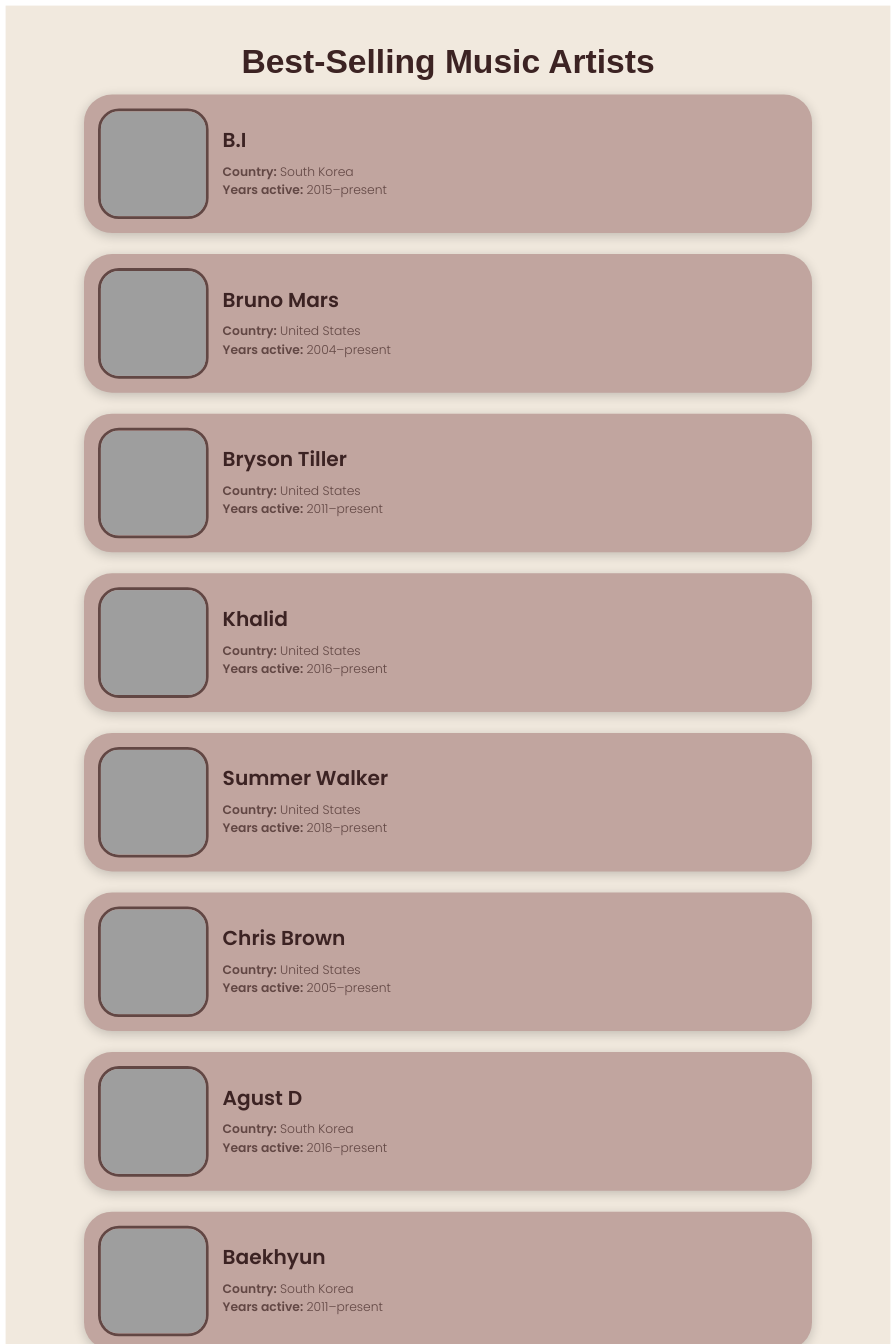
Repository: Zalida-Khan/Frontend-Lab2
Page: /
An editor plug-in stored every save of this project. The page is shown before and after a run of saves, followed by the edit.
The browser window is 1280 px wide. The pictures show the part of the page from y = 0 to 1920 px (the page is 4207 px tall before and 4215 px after), at 70% of full size.
Pictures or frames that could not be fetched are drawn as grey boxes. The project was rebuilt for these pictures with package versions that can differ from the ones it lists, and the page was loaded fresh each time. Also part of the build but not shown: vite.config.js.

Above is the page before, as saved 2024-10-01 23:56:06.
Not found: @fs/src/fonts/Bright Melody Display.otf
Not found: @fs/src/fonts/Bright Melody Display.ttf
Not found: @fs/src/fonts/Bright Melody Display.woff

After the next 4 saves:
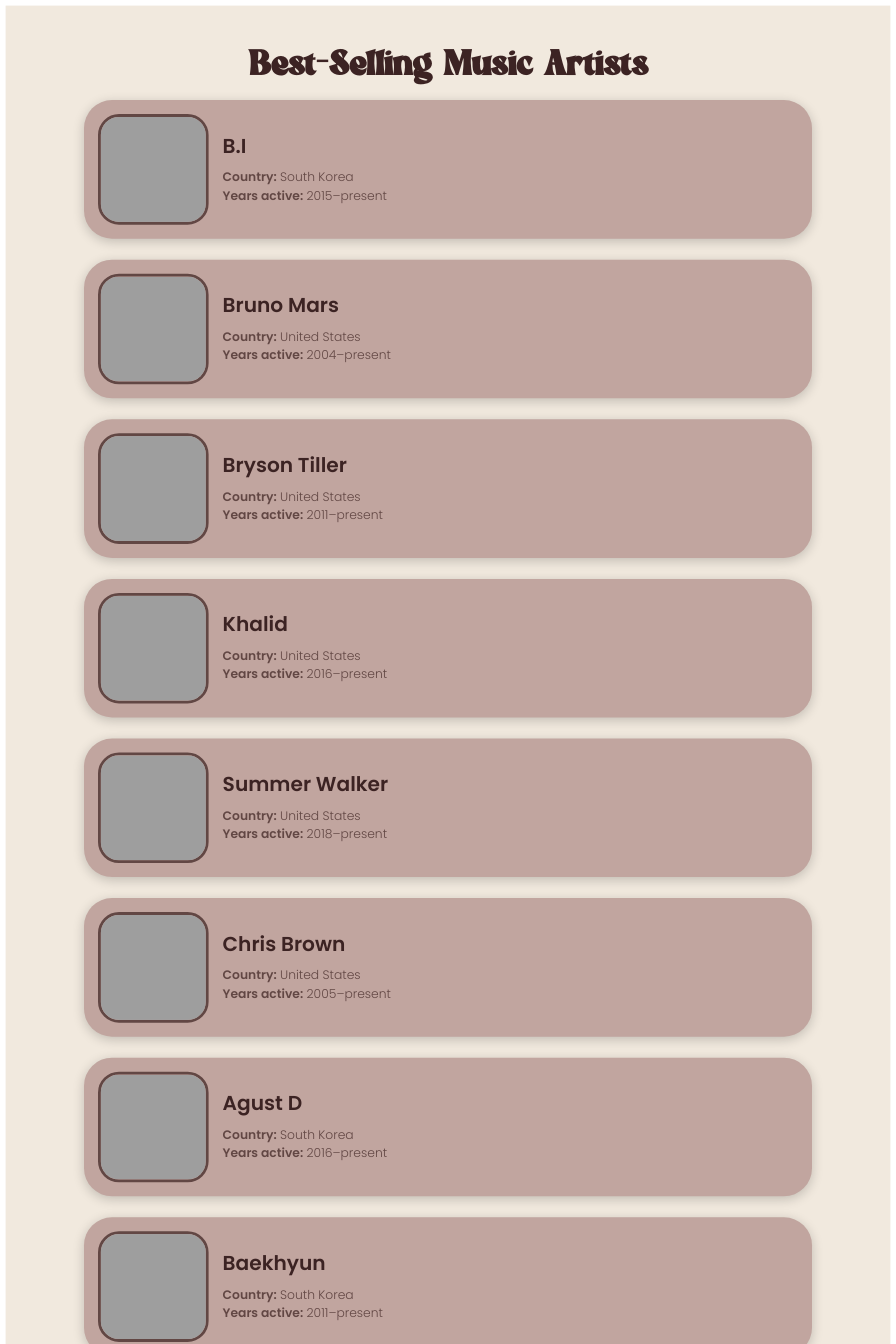
The 4 saves are shown as one change because they came seconds apart.
The last was saved 2 days later.
--- a/src/index.css
+++ b/src/index.css
@@ -1,9 +1,6 @@
 @font-face {
     font-family: 'Bright Melody Display';
-    src: url('./fonts/Bright Melody Display.woff2') format('woff2'),
-        url('./fonts/Bright Melody Display.woff') format('woff'),
-        url('./fonts/Bright Melody Display.ttf') format('truetype'),
-        url('./fonts/Bright Melody Display.otf') format('opentype');
+    src: url('../fonts/Bright Melody Display.otf') format('opentype');
     font-weight: normal;
     font-style: normal;
 }
